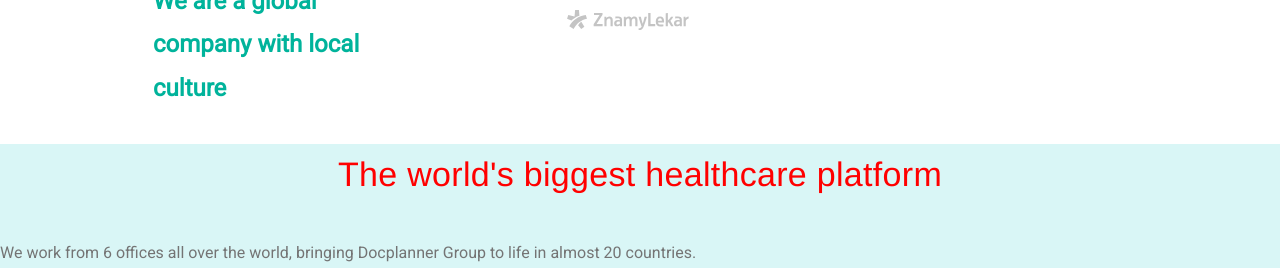
Repository: Hassanine-jaouadi/docplanner
Page: doc-panner.html
An editor plug-in stored every save of this project. The page is shown before and after the next save, followed by the edit.
The browser window is 1280 px wide. The pictures show the part of the page from y = 1018 to 1502 px (the page is 1286 px tall before and 1502 px after).
A picture or video elsewhere on the page could not be fetched, so the positions and the page height are approximate. Some web libraries are served in a nearby version.

Above is the page before, as saved 2020-01-19 13:15:51.

### doc-panner.html
<!DOCTYPE html>
<html lang="en">
<!--  the head -->

<head>
    <title> Docplanner Group </title>
    <meta charset="UTF-8">
    <meta name="viewport" content="width=device-width, initial-scale=1.0">
    <link rel="stylesheet" href="style.css">
    <link rel="icon" href="file:///Users/hjaouadi/Documents/Wistia/Doc-planner/it.docplanner-w130.png" type="image/gif"
        sizes="16x16">

    <script src="https://kit.fontawesome.com/7e294a499a.js" crossorigin="anonymous"></script>
    <link href="https://fonts.googleapis.com/css?family=Roboto&display=swap" rel="stylesheet">

</head>

<!--  the body -->

<body>
    <nav class=" flex-container">
        <ul class="flex-container">
            <li> <img src="file:///Users/hjaouadi/Documents/Wistia/Doc-planner/logo-default-group-en.svg"
                    class="docplanner-nav-logo" width="150" height="150" /></li>
            <li> <a href="https://www.docplanner.com/about-us" class="flex-item is-current"> About us</a> </li>
            <li> <a href="https://www.docplanner.com/career" class="flex-item">Career</a> </li>
            <li> <a href="https://www.docplanner.com/departments" class="flex-item">Departments</a> </li>
        </ul>
    </nav>

    <div class="logo-under-nav"><img src="file:///Users/hjaouadi/Documents/Wistia/Doc-planner/it.docplanner-w130.png"
            width="50" height="50" />
    </div>

    <h1 class="main-h1"> Making the healthcare experience more human </h1>

    <!--  first two paragraphs -->
    <div class="first-two-paragraphs">
        <p class="paragraph-1">
            We want patients to find the perfect doctor and book an appointment in the most easy way. The patient
            journey should be enjoyable, and that's why we are always next to them: to help them find the best possible
            care. Anytime, anywhere.
        </p>

        <p class="paragraph-2">
            We also help doctors to better manage their practice and build their online reputation. With our integrated
            end-to-end solution, doctors are able not only to improve their online presence, but also to devote their
            time to what really matters: their patients.
        </p>
    </div>
    <!--  first two boxes for Patients and for Doctors -->
    <div class="first-two-boxes">
        <div class="box-for-patients">
            <h2>For patients</h2>
            <h1> Find a doctor, book a visit and solve any health-related doubt </h1>

            <select> class="dropdown">
                <button class="dropbtn">CHOOSE COUNTRY </button>
                <div class="dropdown-content">
                    <option value="ARGENTINA"> <a href="#">ARGENTINA</a> </option>
                    <option value="AUSTRALIA"> <a href="#">AUSTRALIA</a> </option>
                    <option value="BRAZIL"> <a href="#">BRAZIL</a> </option>
                    <option value="CHILE"> <a href="#">CHILE</a> </option>
                    <option value="COLUMBIA"> <a href="#">COLUMBIA</a> </option>
                    <option value="ARGENTINA"> <a href="#">ARGENTINA</a> </option>
                    <option value="AUSTRALIA"> <a href="#">AUSTRALIA</a> </option>
                    <option value="BRAZIL"> <a href="#">BRAZIL</a> </option>
                    <option value="CHILE"> <a href="#">CHILE</a> </option>
                    <option value="COLUMBIA"> <a href="#">COLUMBIA</a> </option>
                    <option value="ARGENTINA"> <a href="#">ARGENTINA</a> </option>
                    <option value="AUSTRALIA"> <a href="#">AUSTRALIA</a> </option>
                    <option value="BRAZIL"> <a href="#">BRAZIL</a> </option>
                    <option value="CHILE"> <a href="#">CHILE</a> </option>
                    <option value="UK"> <a href="#">UK</a> </option>
                </div>
                <select>
                    <div>
                        <img src="https://www.docplanner.com/img/screen-marketplace@2x.png" width="250" height="150"
                            class="patients-doctors-images" />
                    </div>
        </div>


        <div class="box-for-doctors">
            <h2>For doctors</h2>
            <h1> Save time managing visits and cut no-shows by half </h1>
            <div>
                <img src="file:///Users/hjaouadi/Documents/Wistia/Doc-planner/screen-saas@2x.png" width="250"
                    height="150" class="patients-doctors-images" style="overflow: hidden;" />
            </div>
        </div>

    </div>

    <!--  brands section  -->
    <section class="sections-brand">
        <h2 class="h2-brand">
            We are a global company
            with local culture
        </h2>
        <ul class="brands-imgaes ">
            <li> <a href="https://www.znanylekarz.pl/?_ga=2.50928873.1955333412.1579362393-1362158002.1579173888">

                    <svg xmlns="http://www.w3.org/2000/svg" width="130" height="20" viewBox="0 0 200 32">
                        <path d="M189.018 10.678h10.762v2.132L192.736 23H200v2.89h-11.387v-2.103l7.02-10.22h-6.615v-2.89zm-10.347
                    0h3.012l.244 2.448h.032c.767-1.12 2.638-2.557 4.817-2.677v3.197c-3.174.62-4.63 2.725-4.63
                     4.634v7.61h-3.47V10.68h-.004zM165 10.38c1.51-.123 3.145-.16 4.725-.16 3.72 0 5.94
                    1.44 5.94 5.504v10.163h-3.12l-.156-1.52h-.042c-1.07 1.152-2.625 1.826-4.615 1.826-2.635
                     0-4.73-1.708-4.73-5.09 0-3.148 2.624-6.078 9.19-4.684v-.917c0-1.814-1.062-2.32-3.156-2.32-1.286
                    0-2.376.087-4.035.23L165 10.38zm7.193 8.445c-2.782-.71-5.564.16-5.564 2.31 0 1.43.94 2.267 2.353
                   2.203 1.113-.05 2.338-.54 3.207-1.31v-3.2l.003-.003zm-18.93 1.572v5.49h-3.47V4.992l3.47-.402V16.73c1.92-1.63 3.745-3.763
                   5.035-6.052h3.683c-1.288 2.508-2.83 4.672-4.718 6.522l5.13 8.69h-3.9l-3.81-6.46c-.473.376-.976.69-1.416.97h-.002zm-19.452-2.07v-.063c0-4.68
                   2.275-8.047 6.984-8.047 4.367 0 6.394 2.524 6.394 7.83 0 .56-.04 1.332-.1 1.902h-9.64c.247 2.142 1.497 3.422 4.06 3.422 1.622 0 3.146-.15
                   4.56-.335v2.906c-1.59.25-2.935.398-4.65.398-4.99 0-7.61-2.495-7.61-8.016l.003.003zm3.585-.96h6.27c0-2.38-.624-4.26-2.963-4.26-2.43 0-3.24
                   2.006-3.303 4.26h-.005zM121.7 4.59h3.793v17.853h7.46v3.444H121.7V4.59zm-15.44 6.088h3.67c.596
                   2.884 2.164 8.5 3.01 11.322h.063c.815-2.854 2.384-8.47 3.01-11.323h3.64c-1.13 4.324-3.877
                  12.7-4.955 15.21s-2.63 6.76-8.344 5.994v-2.73c2.646.15 4.05-.843
                   4.92-2.81-1.344-3.18-3.916-11.34-5.014-15.667v.005zm-15.137 0h3.02s.14 1.51.202 2.052h.04c.837-1.31 2.594-2.51
                   4.718-2.51 3.588 0 5.37 1.91 5.37 5.786v9.883h-3.47v-9.165c0-2.473-.953-3.442-2.824-3.31-1.7.12-3.59
                   2.056-3.59 4.478v8h-3.47V10.678h.003zm-13.67-.296c1.508-.124 3.143-.162 4.722-.162 3.72 0 5.94 1.438
                   5.94 5.502v10.165h-3.12l-.155-1.52h-.04c-1.07 1.152-2.625 1.826-4.615 1.826-2.636 0-4.73-1.708-4.73-5.09
                   0-3.148 2.623-6.078 9.19-4.684v-.917c0-1.814-1.063-2.32-3.157-2.32-1.286 0-2.376.087-4.035.23v-3.03zm7.192
                   8.444c-2.782-.71-5.565.16-5.565 2.31 0 1.426.947 2.264 2.36 2.2 1.11-.05 2.336-.543 3.205-1.312v-3.2.002zM59.86
                   10.678h3.02s.14 1.51.203 2.052h.04c.838-1.31 2.594-2.51 4.718-2.51 3.59 0 5.37 1.91 5.37
                    5.786v9.883h-3.47v-9.165c0-2.473-.95-3.442-2.82-3.31-1.694.12-3.585 2.056-3.585
                    4.478v8h-3.47V10.678h-.005zM43.156 4.592h13.682v2.875L47.39 22.44h9.606v3.444h-14.4v-2.94l9.47-14.913h-8.91V4.59v.004zm-25.44
                     20.025c.77-1.886 2.934-4.523 5.14-5.885l4.887 8.084-5.005 3.632-5.02-5.835-.002.004zM10.5
                     30.443l-6.89-4.43C8.828 16.263 18.574 9.32 30.03 8.027l1.918 5.91c-9.44 1.86-17.32 8.092-21.446
                     16.505H10.5zm1.503-20.065l.87-10.35h6.19l.786 9.36c-3.556 1.218-5.64 2.19-8.037 3.662a25.43
                     25.43 0 0 0-4.81 3.804L0 13.894l1.91-5.892 10.093 2.376z"></path>
                    </svg>

                </a></li>
            <li><a href="https://www.znanylekarz.pl/?_ga=2.55268587.1955333412.1579362393-1362158002.1579173888">
                <svg xmlns="http://www.w3.org/2000/svg" width="130" height="20" viewBox="0 0 167 32">
                    <path d="M156.37 10.663c1.5-.125 3.13-.162 4.702-.162 3.705 0 5.914 1.434 5.914 5.48v10.125h-3.106l-.153-1.516h-.04c-1.066 1.145-2.614 1.815-4.597 1.815-2.625 0-4.712-1.7-4.712-5.07 0-3.133 2.614-6.05 9.154-4.662v-.913c0-1.806-1.06-2.31-3.146-2.31-1.28 0-2.365.086-4.018.228v-3.02l.002.005zm7.162 8.41c-2.77-.706-5.542.16-5.542 2.3 0 1.42.943 2.258 2.348 2.193 1.107-.05 2.328-.54 3.194-1.307v-3.19.002zm-11.568-8.117v15.15h-3.456v-15.13l3.456-.02zm-1.713-2.138a1.962 1.962 0 0 1-.088-3.923h.09a1.96 1.96 0 0 1 0 3.923zm-5.064-3.923v21.21h-3.457V5.295l3.456-.4zm-17.374 5.768c1.5-.125 3.13-.162 4.703-.162 3.705 0 5.916 1.434 5.916 5.48v10.125h-3.107l-.154-1.516h-.04c-1.067 1.145-2.614 1.815-4.597 1.815-2.625 0-4.71-1.7-4.71-5.07 0-3.133 2.612-6.05 9.15-4.662v-.913c0-1.806-1.06-2.31-3.144-2.31-1.28 0-2.368.086-4.02.228v-3.02.005zm7.163 8.41c-2.77-.706-5.54.16-5.54 2.3 0 1.42.94 2.258 2.35 2.193 1.106-.05 2.325-.54 3.19-1.307v-3.19.002zM116.7 10.955h2.99l.247 2.44h.03c.767-1.118 2.63-2.55 4.8-2.668v3.18c-3.16.62-4.61 2.715-4.61 4.618v7.58H116.7v-15.15zm-16.607 7.65v-.155c0-5.06 2.33-7.95 7.146-7.95 4.782 0 7.112 2.89 7.112 7.95v.157c0 5.062-2.33 7.95-7.113 7.95-4.817.002-7.147-2.887-7.147-7.95zm7.136-5.23c-2.446 0-3.575 1.66-3.575 5.13 0 3.47 1.13 5.1 3.574 5.1 2.446 0 3.544-1.626 3.544-5.1 0-3.472-1.098-5.13-3.545-5.13zM91.354 6.812l3.455-.4v4.546h3.54v2.804h-3.54v6.965c0 2.645.813 2.96 2.18 2.96.46-.01.916-.07 1.36-.187v2.852c-.614.133-1.44.21-1.982.21-3.954 0-5.013-1.93-5.013-5.417V6.81zm-10.54 11.72c.012 3.31 1.446 5.075 4.3 5.075 1.205 0 2.432-.15 3.544-.3v2.8a21.807 21.807 0 0 1-3.983.38c-4.257 0-7.46-2.345-7.472-7.956.013-5.61 3.215-7.954 7.472-7.954 1.554 0 3.068.195 3.98.38v2.798c-1.11-.15-2.337-.3-3.544-.3-2.853 0-4.287 1.766-4.297 5.075zm-20.064.077v-.156c0-5.06 2.33-7.95 7.147-7.95 4.783 0 7.113 2.89 7.113 7.95v.157c0 5.062-2.33 7.95-7.114 7.95-4.815.002-7.145-2.887-7.145-7.95zm7.14-5.23c-2.448 0-3.577 1.66-3.577 5.13 0 3.47 1.13 5.098 3.576 5.098 2.445 0 3.543-1.625 3.543-5.098s-1.098-5.13-3.544-5.13zM42.42 26.105V4.895h5.327c7.423 0 10.878 2.23 10.878 10.605 0 8.376-3.455 10.605-10.878 10.605H42.42zM54.657 15.5c0-4.77-.968-7.176-6.083-7.176h-2.37v14.35h2.37c5.115.002 6.083-2.406 6.083-7.174zm-37.012 9.34c.765-1.88 2.92-4.506 5.118-5.86l4.866 8.048-4.987 3.623-5-5.81h.002zm-7.188 5.8l-6.86-4.41c5.194-9.71 14.9-16.624 26.307-17.913l1.91 5.887c-9.402 1.853-17.25 8.06-21.357 16.437zm1.497-19.98L12.82.35h6.164l.783 9.322c-3.536 1.213-5.616 2.18-7.998 3.646a25.34 25.34 0 0 0-4.79 3.79L0 14.16l1.902-5.87 10.052 2.37z"></path>
                </svg> </a></li>

            <li><a href="https://www.znanylekarz.pl/?_ga=2.55268587.1955333412.1579362393-1362158002.1579173888">
                <svg xmlns="http://www.w3.org/2000/svg" width="130" height="20" viewBox="0 0 182 32">
                    <path d="M168.354 18.587v-.062c0-4.675 2.275-8.04 6.98-8.04 4.364 0 6.39 2.523 6.39 7.82 0 .562-.04 1.337-.1 1.907h-9.632c.248 2.14 1.496 3.42 4.057 3.42 1.62 0 3.14-.152 4.55-.336V26.2c-1.586.248-2.93.396-4.645.396-4.988 0-7.605-2.493-7.605-8.01h.004zm3.584-.96h6.265c0-2.377-.623-4.255-2.96-4.255-2.43 0-3.24 2.003-3.305 4.255zm-12.702-6.687h3.003l.24 2.446h.03c.77-1.12 2.638-2.555 4.816-2.675v3.192c-3.17.62-4.627 2.723-4.627 4.63v7.606h-3.47V10.94h.006zm-16.66 7.678v-.156c0-5.08 2.337-7.98 7.168-7.98 4.8 0 7.136 2.9 7.136 7.98v.156c0 5.08-2.337 7.978-7.136 7.978-4.83 0-7.168-2.898-7.168-7.978zm7.16-5.246c-2.455 0-3.588 1.666-3.588 5.145 0 3.48 1.133 5.115 3.588 5.115 2.453 0 3.556-1.63 3.556-5.115 0-3.485-1.103-5.145-3.556-5.145zm-15.9-6.59l3.467-.402v4.56h3.553v2.813h-3.553v6.99c0 2.65.816 2.967 2.188 2.967.462-.01.92-.073 1.366-.19v2.86c-.616.134-1.447.213-1.99.213-3.967 0-5.03-1.937-5.03-5.435V6.782zm-9.5 0l3.467-.402v4.56h3.553v2.813h-3.553v6.99c0 2.65.816 2.967 2.188 2.967.462-.01.92-.073 1.366-.19v2.86c-.616.134-1.447.213-1.99.213-3.967 0-5.03-1.937-5.03-5.435V6.782zm-16.72 11.836v-.156c0-5.08 2.337-7.98 7.168-7.98 4.8 0 7.136 2.9 7.136 7.98v.156c0 5.08-2.337 7.978-7.136 7.978-4.83 0-7.168-2.898-7.168-7.978zm7.16-5.246c-2.456 0-3.59 1.666-3.59 5.145 0 3.48 1.134 5.115 3.59 5.115s3.556-1.63 3.556-5.115c0-3.485-1.1-5.145-3.557-5.145zM89.225 26.14V4.86h5.343c7.442 0 10.91 2.236 10.91 10.64s-3.468 10.64-10.915 10.64H89.22h.005zM101.5 15.5c0-4.784-.97-7.2-6.104-7.2h-2.38v14.4h2.38c5.133 0 6.104-2.416 6.104-7.2zm-29.226 3.118v-.156c0-5.08 2.337-7.98 7.167-7.98 4.8 0 7.137 2.9 7.137 7.98v.156c0 5.08-2.337 7.978-7.137 7.978-4.83 0-7.167-2.898-7.167-7.978zm7.16-5.246c-2.455 0-3.588 1.666-3.588 5.145 0 3.48 1.133 5.115 3.588 5.115s3.557-1.63 3.557-5.115c0-3.485-1.1-5.145-3.557-5.145zm-9.554-2.432v15.2h-3.467V10.962l3.467-.022zm-1.718-2.144a1.968 1.968 0 1 1 0-3.936 1.968 1.968 0 0 1 0 3.936zm-8.88-3.91V4.86h3.796v21.28h-3.795V12.19l-.005.02-5.624 13.93h-1.672L46.36 12.21l-.005-.02v13.95H42.56V4.86h3.795v.026l.005-.026h.48l5.98 14.793L58.8 4.86h.48l.004.026zM17.704 24.87c.768-1.885 2.93-4.52 5.135-5.88l4.88 8.077-5 3.633-5.02-5.83h.004zm-7.212 5.82L3.61 26.264c5.212-9.74 14.95-16.678 26.395-17.97L31.92 14.2c-9.434 1.856-17.307 8.084-21.43 16.49h.002zm1.504-20.048L12.864.3h6.183l.785 9.354c-3.548 1.215-5.634 2.188-8.024 3.657a25.373 25.373 0 0 0-4.806 3.807L0 14.155l1.91-5.89 10.084 2.376h.002z"></path>
                </svg> </a></li>

            <li><a href="https://www.znanylekarz.pl/?_ga=2.55268587.1955333412.1579362393-1362158002.1579173888">
                <svg xmlns="http://www.w3.org/2000/svg"width="130" height="20" viewBox="0 0 220 32">
                    <path d="M219.238 10.94v15.2h-3.467V10.962l3.468-.022zm-1.718-2.144a1.97 1.97 0 0 1 0-3.936 1.968 1.968 0 0 1 0 3.936zm-14.49 4.16c1.008-1.355 2.735-2.473 4.83-2.473 3.456 0 4.907 1.97 4.907 5.78v9.876H209.3v-9.16c0-2.473-.718-3.42-2.517-3.31-1.75.11-3.203 1.874-3.203 4.475v7.994h-3.467v-9.16c0-2.473-.71-3.444-2.518-3.31-1.75.132-3.203 2.055-3.203 4.475v7.994h-3.468v-15.2h3.02s.14 1.51.2 2.05h.04c.837-1.31 2.313-2.507 4.487-2.507 2.255 0 3.656.836 4.36 2.473zm-15.107-2.016v15.2h-3.467V10.962l3.467-.022zm-1.718-2.144a1.97 1.97 0 1 1 0-3.938 1.97 1.97 0 0 1 0 3.938zm-17.14 2.144h3.667c.597 2.883 2.164 8.492 3.01 11.313h.063c.815-2.853 2.383-8.462 3.01-11.313h3.636c-1.13 4.324-3.46 11.99-4.725 15.2h-4.03c-1.263-3.183-3.532-10.875-4.63-15.2zm-9.788 9.715v5.484h-3.467V5.26l3.467-.4V16.99c1.918-1.63 3.742-3.762 5.033-6.05h3.68c-1.29 2.507-2.83 4.67-4.72 6.52l5.128 8.68h-3.9l-3.807-6.455c-.47.376-.974.69-1.413.97zm-16.975-10.01c1.507-.124 3.14-.16 4.72-.16 3.717 0 5.936 1.437 5.936 5.497V26.14h-3.118l-.155-1.52h-.04c-1.07 1.15-2.624 1.824-4.612 1.824-2.635 0-4.727-1.707-4.727-5.088 0-3.144 2.62-6.07 9.184-4.68v-.914c0-1.812-1.063-2.318-3.156-2.318-1.285 0-2.374.088-4.032.23v-3.03zm7.186 8.438c-2.78-.707-5.56.162-5.56 2.31 0 1.427.945 2.263 2.355 2.2 1.112-.05 2.335-.542 3.204-1.31v-3.2zM125.778 4.86h14.907V8.3h-5.558v17.84h-3.79V8.3h-5.557V4.86zm-8.08 6.08h3.003l.248 2.446h.03c.768-1.12 2.638-2.555 4.815-2.675v3.192c-3.172.62-4.628 2.723-4.628 4.63v7.606h-3.467V10.94zm-16.662 7.678v-.156c0-5.08 2.337-7.98 7.168-7.98 4.8 0 7.138 2.9 7.138 7.98v.156c0 5.08-2.338 7.978-7.138 7.978-4.83 0-7.168-2.898-7.168-7.978zm7.16-5.246c-2.455 0-3.59 1.666-3.59 5.145 0 3.48 1.135 5.115 3.59 5.115 2.454 0 3.557-1.63 3.557-5.115 0-3.485-1.103-5.145-3.558-5.145zm-15.928-6.59l3.468-.402v4.56h3.552v2.813h-3.552v6.99c0 2.65.814 2.967 2.187 2.967.46-.008.92-.07 1.365-.187v2.86c-.655.132-1.32.204-1.99.212-3.967 0-5.03-1.938-5.03-5.436V6.78zM81.295 20.655v5.484h-3.468V5.26l3.468-.4V16.99c1.918-1.63 3.742-3.762 5.032-6.05h3.68c-1.29 2.507-2.83 4.67-4.718 6.52l5.125 8.68h-3.9l-3.806-6.455c-.473.376-.976.69-1.416.97zm-20.34-2.037v-.156c0-5.08 2.336-7.98 7.167-7.98 4.8 0 7.137 2.9 7.137 7.98v.156c0 5.08-2.34 7.978-7.14 7.978-4.83 0-7.167-2.897-7.167-7.978h.002zm7.16-5.246c-2.456 0-3.59 1.666-3.59 5.145 0 3.48 1.134 5.115 3.59 5.115 2.454 0 3.556-1.63 3.556-5.115 0-3.485-1.1-5.145-3.555-5.145zM42.56 26.14V4.86h5.345c7.45 0 10.915 2.236 10.915 10.64s-3.466 10.64-10.915 10.64H42.56zM54.84 15.5c0-4.784-.972-7.2-6.105-7.2h-2.38v14.4h2.38c5.133 0 6.104-2.416 6.105-7.2zm-37.137 9.37c.768-1.885 2.93-4.52 5.135-5.88l4.882 8.077-5 3.633-5.017-5.83zm-7.212 5.82l-6.88-4.427c5.21-9.74 14.95-16.678 26.394-17.97L31.92 14.2c-9.434 1.857-17.307 8.084-21.43 16.49zm1.505-20.048L12.865.3h6.182l.785 9.354c-3.548 1.215-5.634 2.188-8.024 3.657a25.433 25.433 0 0 0-4.806 3.803L0 14.155l1.91-5.89 10.085 2.377z"></path>
                </svg>

            <li><a href="https://www.znanylekarz.pl/?_ga=2.55268587.1955333412.1579362393-1362158002.1579173888">
                <svg xmlns="http://www.w3.org/2000/svg" width="130" height="20" viewBox="0 0 195 32">
                    <path d="M186.445 10.684h3l.244 2.445h.03c.768-1.12 2.635-2.555 4.81-2.674v3.19c-3.17.617-4.622 2.718-4.622 4.623v7.596h-3.463V10.684zm-13.416-.294c1.504-.124 3.136-.162 4.713-.162 3.713 0 5.928 1.436 5.928 5.492v10.146h-3.11l-.153-1.52h-.04c-1.068 1.15-2.62 1.823-4.606 1.823-2.63 0-4.72-1.705-4.72-5.08 0-3.14 2.617-6.066 9.17-4.676V15.5c0-1.81-1.06-2.315-3.15-2.315-1.283 0-2.37.087-4.026.23V10.39h-.005zm7.178 8.427c-2.776-.705-5.554.162-5.554 2.31 0 1.423.945 2.26 2.353 2.196 1.11-.05 2.333-.543 3.2-1.31v-3.196zm-18.896 1.57v5.48h-3.463V5.012l3.462-.4v12.116c1.918-1.628 3.74-3.757 5.027-6.042h3.675c-1.29 2.504-2.828 4.664-4.713 6.51l5.12 8.673h-3.896l-3.8-6.444c-.472.376-.975.69-1.415.97v-.005zm-19.414-2.066v-.06c0-4.67 2.27-8.032 6.973-8.032 4.36 0 6.386 2.52 6.386 7.814 0 .56-.04 1.334-.1 1.904h-9.62c.248 2.137 1.493 3.416 4.052 3.416 1.62 0 3.14-.152 4.55-.337v2.9c-1.583.248-2.928.396-4.64.396-4.98 0-7.596-2.49-7.596-8h-.004zm3.58-.956h6.257c0-2.375-.623-4.25-2.957-4.25-2.43 0-3.238 2-3.3 4.25zM129.815 4.61h3.785v17.818h7.445v3.438h-11.23V4.61zm-15.412 6.074h3.662c.596 2.88 2.16 8.483 3.006 11.3h.066c.814-2.848 2.38-8.45 3.006-11.3h3.63c-1.126 4.32-3.87 12.68-4.944 15.183-1.076 2.51-2.626 6.75-8.327 5.987v-2.728c2.64.15 4.043-.842 4.91-2.805-1.342-3.172-3.91-11.316-5.004-15.637h-.004zm-11.5 2.014c1.01-1.354 2.734-2.47 4.826-2.47 3.453 0 4.902 1.966 4.902 5.774v9.863h-3.46v-9.15c0-2.465-.717-3.41-2.514-3.3-1.747.11-3.2 1.87-3.2 4.47v7.984h-3.462v-9.15c0-2.468-.71-3.44-2.513-3.304-1.747.13-3.2 2.05-3.2 4.47v7.983h-3.46V10.685h3.014s.14 1.507.2 2.05h.04c.838-1.31 2.31-2.506 4.484-2.506 2.25 0 3.65.835 4.35 2.47l-.006-.002zm-25.6-2.31c1.505-.122 3.137-.16 4.713-.16 3.713 0 5.928 1.436 5.928 5.49v10.148H84.83l-.16-1.518h-.04c-1.067 1.15-2.62 1.822-4.605 1.822-2.633 0-4.723-1.704-4.723-5.08 0-3.14 2.62-6.064 9.172-4.674v-.912c0-1.81-1.06-2.315-3.15-2.315-1.284 0-2.37.088-4.027.23v-3.026l.006-.005zm7.178 8.43c-2.777-.706-5.555.16-5.555 2.308 0 1.424.945 2.26 2.354 2.197 1.11-.05 2.33-.543 3.2-1.31v-3.196.002zm-24.736-8.134h3.015s.134 1.507.2 2.05H63c.836-1.31 2.59-2.506 4.71-2.506 3.58 0 5.357 1.907 5.357 5.775v9.863h-3.463v-9.15c0-2.465-.95-3.432-2.818-3.3-1.692.12-3.578 2.05-3.578 4.47v7.984h-3.464V10.684zM43.07 4.61h13.657v2.87l-9.43 14.948h9.587v3.438H42.512v-2.93L51.965 8.05H43.07V4.61zM17.684 24.598c.767-1.882 2.927-4.515 5.13-5.874l4.875 8.07-4.998 3.628-5.01-5.824h.002zm-7.203 5.815L3.61 25.99C8.814 16.26 18.54 9.33 29.973 8.04l1.915 5.898c-9.428 1.858-17.29 8.078-21.407 16.475zm1.5-20.027l.87-10.33h6.175l.785 9.342c-3.544 1.217-5.628 2.186-8.016 3.654a25.36 25.36 0 0 0-4.8 3.797L0 13.895l1.906-5.882 10.075 2.372z"></path>
                </svg> </a></li>
        </ul>
    </section>

    <!-- stats section -->
    <section class="stats-section">
      <div class="stats-letf">
            <h1>
            The world's biggest healthcare platform
            </h1>
            <p> We work from 6 offices all over the world, bringing Docplanner Group to life in almost 20 countries.</p>
      </div>
      <div class="stats-right"> </div>
    </section>

</body>

</html>

### style.css
html,body
{
    width: 100%;
    height: 100%;
    margin: 0px;
    padding: 0px;

}
body {
    font-family: Helvetica Neue,Helvetica,Arial,sans-serif;
    color: #747474;
    -webkit-font-smoothing: antialiased;
}


* {
    box-sizing: border-box;
    margin: 0;
    font-family: 'Roboto', sans-serif;
    background-color: ffff;
    line-height: 1.8 ;

}

/* nav bar flex container */
.flex-container{
    display: flex;
    justify-content: space-between;
    align-items: center;
    justify-content: end;
    justify-content: right;
    width: 100%;
}

.flex-item {
    flex: 1;
    justify-content: flex-end;
   justify-items: flex-end;
}


.flex-container  a {
    color: #ababab;
    padding: 12px 16px;
    text-decoration: none ;
    display: block;

  }

.is-current {
    color: #00b39b !important;
}


  li {
      list-style: none;
      flex: 3;
 }

  .flex-container > :nth-child(1) {
    display: ri;
  }

 /* image under nav */

 .logo-under-nav {
     display: flex;
     justify-content: center;
 }

 div.logo-under-nav{
     width:100%;
 }

 /* the main h1 */
 h1  {
    display: flex;
    align-items: center;
    justify-content: center;
    margin: 1em 0;
    font-family: Helvetica Neue,Helvetica,Arial,sans-serif;
    font-weight: 300;
    letter-spacing: .3px;
    font-size: 2.125rem;
    color: #00b39b;
 }

 /* first two paragraphs  */
.first-two-paragraphs{
    display: flex;
    justify-content: center;
    justify-content: space-between;
    width:80%;

    margin-top: 0px;
    margin-right: 20px;
    margin-bottom: 0px;
    margin-left: 133px;

}

.paragraph-1{
    width: 50%;
    text-align: left;
    margin: 20px;
}
.paragraph-2{
    width: 50%;
    text-align: left;
    width: 50%;
}

 /* first two boxes for Patients and for Doctors */
 .first-two-boxes{
    display: flex;
    overflow: auto;
    justify-content: center;
    justify-content: space-between;
    width:80%;


    margin-top: 0px;
    margin-right: 20px;
    margin-bottom: 0px;
    margin-left: 133px;

 }

 .box-for-patients {
    width: 50%;
    width: 50%;
    background-color: #00ccb1;
    border-radius: 10px;
    margin: 20px;
    padding: 15px;
    overflow: hidden;
 }

 .box-for-doctors {
    width: 50%;
    width: 50%;
    background-color: #3c83df;
    border-radius: 10px;
    margin: 20px;
    padding: 15px;
    overflow: hidden;
 }
/* h1 and h2 for Patients and for Doctors */
 .box-for-doctors > h2 , .box-for-patients > h2{
    color: #bbefe8;
    font-size: 15px;
}

.box-for-doctors > h1 , .box-for-patients > h1{
    color: white;
    font-size: 25px;
    font-weight: 300;
}

/* images for Patients and for Doctors */


.patients-doctors-images  {
    width: 80%;
    height: 70%;
    margin-left: 40%;
    margin-top: -2.3em;
    overflow: auto;

}

/* drop down menu under  Patients */

.dropbtn {
    background-color: white;
    color: #333333;
    padding: 16px;
    font-size: 16px;
    border: none;
    border-radius: 7px;
  }

  .dropdown {
    position: relative;
    display: inline-block;
  }

  .dropdown-content {
    display: none;
    position: absolute;
    background-color: #f1f1f1;
    min-width: 160px;
    box-shadow: 0px 8px 16px 0px rgba(0,0,0,0.2);
    z-index: 1;
  }

  .dropdown-content a {
    color: black;
    padding: 12px 16px;
    text-decoration: none;
    display: block;
  }

  .dropdown-content a:hover {background-color: #ddd;}

  .dropdown:hover .dropdown-content {display: block;}

  .dropdown:hover .dropbtn {background-color: #FCF6F5FF;}

  /* brands section */
  .sections-brand {
    display: inline-flex;
    justify-content: space-between;
    align-items: flex-start;
    width: 80%;
    margin-top: 0px;
    margin-right: 20px;
    margin-bottom: 0px;
    margin-left: 133px
  }

  section ul {

    display: flex;
    flex-flow: wrap;
    justify-items: left;
    justify-content: left;
    width: 60%;
    margin-top: 0px;
    margin-right: 20px;
    margin-bottom: 0px;
    margin-left: 0px;
    fill: #c4c4c4;


}

section h2  {
    display: flex;
    justify-items: left;
    justify-content: left;
    width: 25%;
    margin-left: 20px;
    color: #00b39b;
}

.brands-imgaes li:hover{
    fill: #00b39b;
}

/*  stats section */
.stats-section{
    background-color: #d9f6f6;

}
 .stats-letf h1{
    font-size: 2.125rem;
    color: red;
}

After the next save:
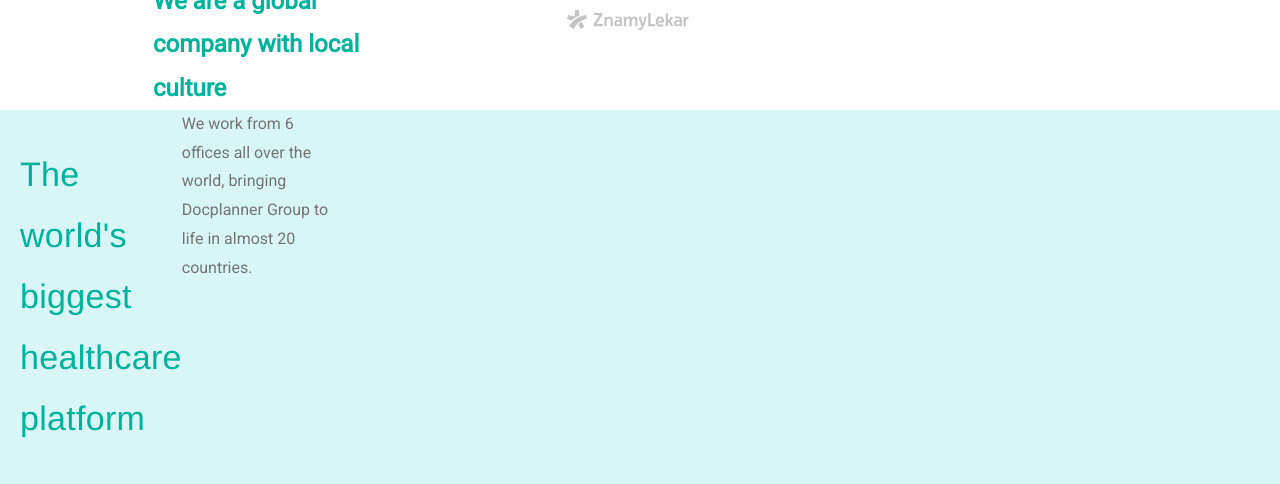
Saved 48 s later.
--- a/style.css
+++ b/style.css
@@ -255,5 +255,13 @@
 }
  .stats-letf h1{
     font-size: 2.125rem;
-    color: red;
-}
+}
+
+.stats-letf {
+    display: flex;
+    justify-items: left;
+    justify-content: left;
+    width: 25%;
+    margin-left: 20px;
+
+}
